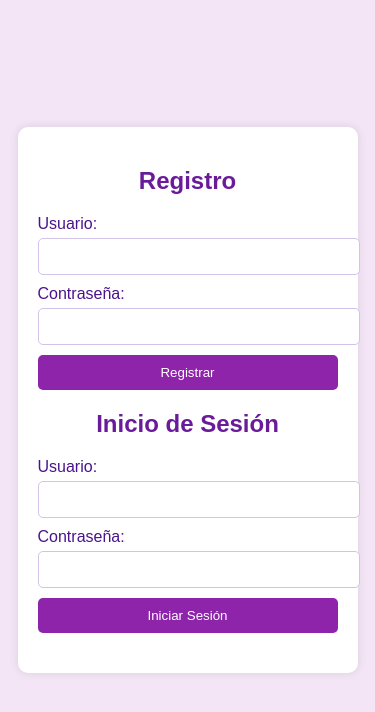
Repository: Connie75/API
Page: index.html
The author's editor kept a copy of each file at every save. The page is drawn from the files as they stood at one save, then again after the next save.
The browser window is 375 px wide. The pictures show the whole page.

Above is the page before, as saved 2024-07-31 00:41:09.

After the next save:
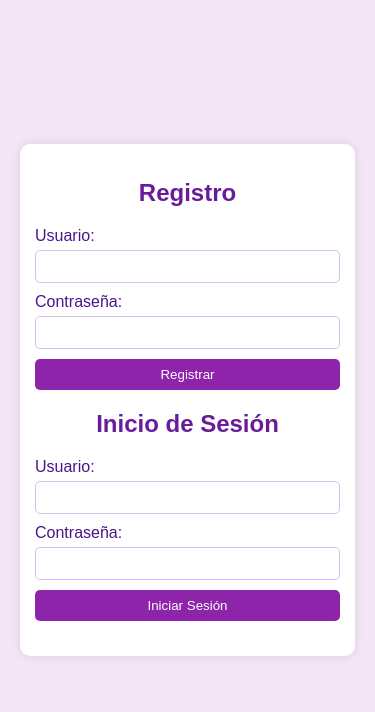
Saved 4 min 26 s later.
--- a/Styles.css
+++ b/Styles.css
@@ -7,13 +7,16 @@ body {
     align-items: center;
     height: 100vh;
     margin: 0;
+    padding: 20px;
+    box-sizing: border-box;
 }
 .container {
     background-color: #ffffff; /* Blanco */
     padding: 20px;
     border-radius: 10px;
     box-shadow: 0 0 10px rgba(0, 0, 0, 0.1);
-    width: 300px;
+    width: 100%;
+    max-width: 400px;
     text-align: center;
 }
 h2 {
@@ -28,12 +31,14 @@ label {
     text-align: left;
 }
 input[type="text"],
-input[type="password"] {
+input[type="password"],
+select {
     width: 100%;
     padding: 10px;
     margin-bottom: 10px;
     border: 1px solid #d1c4e9; /* Lila claro */
     border-radius: 5px;
+    box-sizing: border-box;
 }
 input[type="submit"] {
     background-color: #8e24aa; /* Morado */
@@ -47,3 +52,27 @@ input[type="submit"] {
 input[type="submit"]:hover {
     background-color: #6a1b9a; /* Morado medio */
 }
+.error-message {
+    color: red;
+    font-size: 0.9em;
+    margin-bottom: 10px;
+}
+.password-hint {
+    font-size: 0.8em;
+    color: #7e57c2; /* Lila oscuro */
+    text-align: left;
+}
+
+@media (max-width: 600px) {
+    .container {
+        padding: 15px;
+    }
+    input[type="text"],
+    input[type="password"],
+    select {
+        padding: 8px;
+    }
+    input[type="submit"] {
+        padding: 8px;
+    }
+}
